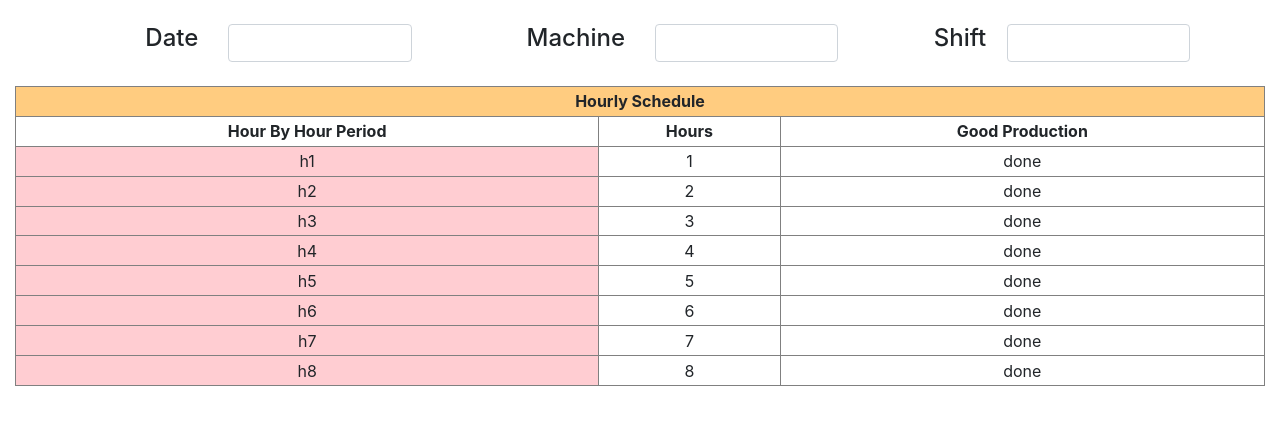
Repository: hisamit97/TVS-Locas
Page: index.html
An editor plug-in stored every save of this project. The page is shown before and after the next save, followed by the edit.
The browser window is 1280 px wide. The pictures show the whole page.

Above is the page before, as saved 2020-11-30 19:05:13.

### index.html
<html>

<head>
    <title>TVS LoCas</title>
    <link rel="stylesheet" href="https://cdn.jsdelivr.net/npm/bootstrap@4.5.3/dist/css/bootstrap.min.css" integrity="sha384-TX8t27EcRE3e/ihU7zmQxVncDAy5uIKz4rEkgIXeMed4M0jlfIDPvg6uqKI2xXr2" crossorigin="anonymous">

<!-- jQuery and JS bundle w/ Popper.js -->
<script src="https://code.jquery.com/jquery-3.5.1.slim.min.js" integrity="sha384-DfXdz2htPH0lsSSs5nCTpuj/zy4C+OGpamoFVy38MVBnE+IbbVYUew+OrCXaRkfj" crossorigin="anonymous"></script>
<script src="https://cdn.jsdelivr.net/npm/bootstrap@4.5.3/dist/js/bootstrap.bundle.min.js" integrity="sha384-ho+j7jyWK8fNQe+A12Hb8AhRq26LrZ/JpcUGGOn+Y7RsweNrtN/tE3MoK7ZeZDyx" crossorigin="anonymous"></script>
</head>
<body>
    <div class="container-fluid">
        <div class="row">
            <div class="col-md-4"></div>
            <div class="col-md-4"></div>
            <div class="col-md-4"></div>
        </div>
        <br>
        <div class="row" >
            <div class="col-md-4">
                <div class="row">
                    <div class="col-md-6 text-right"><h4>Date</h4></div>
                    <div class="col-md-6"><input type="text" class="form-control mr-3"></div>
                </div>
            </div>
            <div class="col-md-4">
                <div class="row">
                    <div class="col-md-6 text-right" ><h4>Machine</h4></div>
                    <div class="col-md-6"><input type="text" class="form-control"></div>
                </div>
            </div>
            <div class="col-md-4">
                <div class="row">
                    <div class="col-md-6 text-center"><h4>Shift</h4></div>
                    <div class="col-md-6" style="margin-left: -75px;"><input type="text" class="form-control"></div>
                </div>
            </div>
        </div>
        <br>
        <div class="row">
            <div class="col-md-12">
                <table width="100%" border="1" height="300px">
                   <tr style="text-align: center;background:#ffcc80;">
                       <th colspan="3">Hourly Schedule</th>
                   </tr>
                   <tr style="text-align: center;">
                       <th >Hour By Hour Period</th>
                       <th>Hours</th>
                       <th>Good Production</th>
                    </tr>
                    <tr style="text-align: center;">
                        <td style="background:#ffcdd2;">h1</td>
                        <td>1</td>
                        <td>done</td>
                    </tr>
                    <tr style="text-align: center;">
                        <td style="background:#ffcdd2;">h2</td>
                        <td>2</td>
                        <td>done</td>
                    </tr>
                    <tr style="text-align: center;">
                        <td style="background:#ffcdd2;">h3</td>
                        <td>3</td>
                        <td>done</td>
                    </tr>
                    <tr style="text-align: center;">
                        <td style="background:#ffcdd2;">h4</td>
                        <td>4</td>
                        <td>done</td>
                    </tr>
                    <tr style="text-align: center;">
                        <td style="background:#ffcdd2;">h5</td>
                        <td>5</td>
                        <td>done</td>
                    </tr>
                    <tr style="text-align: center;">
                        <td style="background:#ffcdd2;">h6</td>
                        <td>6</td>
                        <td>done</td>
                    </tr>
                    <tr style="text-align: center;">
                        <td style="background:#ffcdd2;">h7</td>
                        <td>7</td>
                        <td>done</td>
                    </tr>
                    <tr style="text-align: center;">
                        <td style="background:#ffcdd2;">h8</td>
                        <td>8</td>
                        <td>done</td>
                    </tr>
                </table>
            </div>
        </div>
    </div>
</body>
</html>

After the next save:
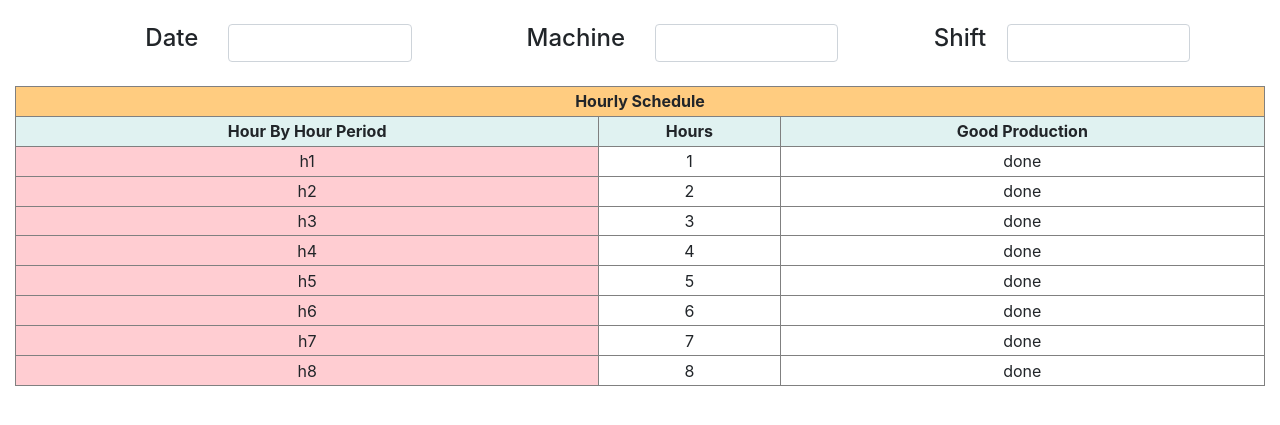
Saved 77 s later.
--- a/index.html
+++ b/index.html
@@ -43,7 +43,7 @@
                    <tr style="text-align: center;background:#ffcc80;">
                        <th colspan="3">Hourly Schedule</th>
                    </tr>
-                   <tr style="text-align: center;">
+                   <tr style="text-align: center; background: #e0f2f1;">
                        <th >Hour By Hour Period</th>
                        <th>Hours</th>
                        <th>Good Production</th>
